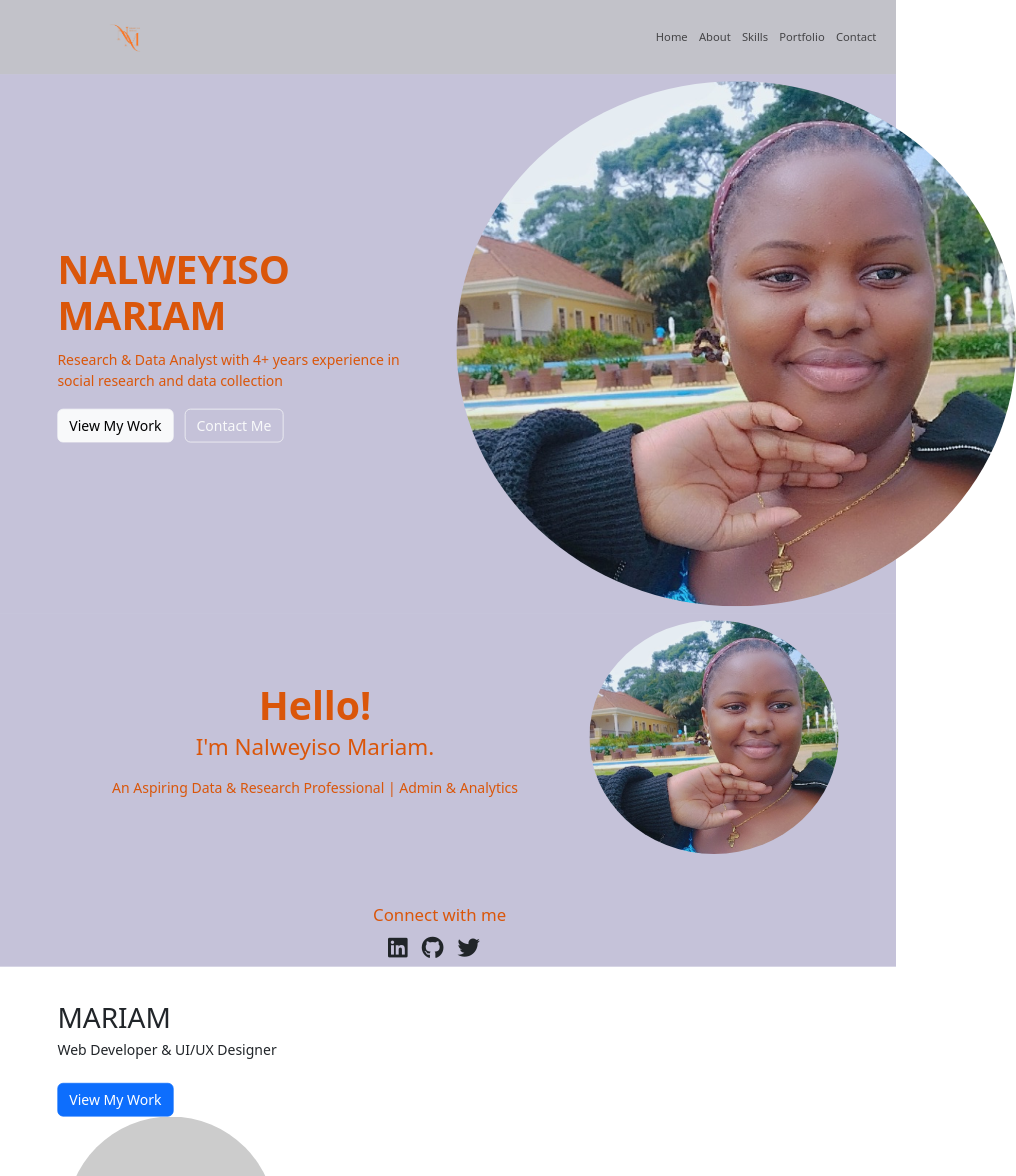
Repository: NalweMari/My-Personal-Portfolio
Page: index.html
The author's editor kept a copy of each file at every save. The page is drawn from the files as they stood at one save, then again after a run of saves.
The browser window is 1280 px wide. The page is 1452 px wide, so the pictures cover 1452 px, including what lies to the right of the window. The pictures show the part of the page from y = 0 to 1680 px (the page is 2247 px tall before and 2622 px after), at 70% of full size.

Above is the page before, as saved 2025-11-28 11:04:23.
Console error (its wording comes from the project's code and is left out).

### index.html
<!DOCTYPE html>
<html lang="en">

<head>
    <meta charset="UTF-8">
    <meta name="viewport" content="width=device-width, initial-scale=1.0">
    <title>My Portfolio</title>
    <link rel="stylesheet" href="style.css">
    <!-- Bootstrap CSS -->
    <link href="https://cdn.jsdelivr.net/npm/bootstrap@5.3.0/dist/css/bootstrap.min.css" rel="stylesheet">
    <!-- Font Awesome for icons -->
    <link rel="stylesheet" href="https://cdnjs.cloudflare.com/ajax/libs/font-awesome/6.4.0/css/all.min.css">

</head>

<body>
    <!-- Navigation -->

    <nav class="navbar navbar-expand-lg navbar-light bg-custom">
        <div class="container me-2">
            <a class="navbar-brand" href="#"><img src="images/Initials_Logo-preview (1).png" alt="Your Logo"
                    height="80"></a> <button class="navbar-toggler" type="button" data- 6 toggle="collapse"
                data-target="#navbarNav" aria-controls="navbarNav" aria-expanded="false" aria-label="Toggle navigation">
                <span class="navbar-toggler-icon"></span> </button>
            <div class="collapse navbar-collapse" id="navbarNav">
                <ul class="navbar-nav ms-auto">
                    <li class="nav-item"><a class="nav-link" href="#home">Home</a></li>
                    <li class="nav-item"><a class="nav-link" href="#about">About</a></li>
                    <li class="nav-item"><a class="nav-link" href="#skills">Skills</a></li>
                    <li class="nav-item"><a class="nav-link" href="#portfolio">Portfolio</a></li>
                    <li class="nav-item"><a class="nav-link" href="#contact">Contact</a></li>
                </ul>
            </div>
        </div>
    </nav>

    <!-- Hero Section -->
    <section id="home" class="hero-section">
        <div class="container">
            <div class="row align-items-center">
                <div class="col-lg-6">
                    <h1 class="display-4 fw-bold mb-3">NALWEYISO MARIAM</h1>
                    <p class="lead mb-4">Research & Data Analyst with 4+ years experience in social research and data collection</p>
                    <div class="d-flex flex-wrap gap-3">
                        <a href="#portfolio" class="btn btn-light btn-lg">View My Work</a>
                        <a href="#contact" class="btn btn-outline-light btn-lg">Contact Me</a>
                    </div>
                </div>
                <div class="col-lg-6 text-center mt-5 mt-lg-0">
                    <img src="images/Profile design.png" class="profile-image rounded-circle" alt="Nalweyiso Mariam">
                </div>
            </div>
        </div>
    </section>

    <!-- Hero Section -->
    <!-- <section id="home" class="hero-section text-center">
        <div class="container">
            <h1 class="display-4 fw-bold">MARIAM</h1>
            <p class="lead">Web Developer & UI/UX Designer</p>
            <a href="#projects" class="btn btn-primary btn-lg mt-3">View My Work</a>
        </div>
    </section> -->
    <section id="home" class="hero-section text-center">
        <div class="container">
            <div class="row align-items-center">
                <div class="col-md-8">
                    <h1 class="display-4 fw-bold">Hello!</h1>
                    <h2 class="mb-4">I'm Nalweyiso Mariam.</h2>
                    <p class="lead">An Aspiring Data & Research Professional | Admin & Analytics</p>
                    <p></p>
                    <!-- <a href="#projects" class="btn btn-primary btn-lg mt-3">View My Work</a>
                    <a href="#" class="btn btn-outline-primary mt-3">Download CV</a> -->
                </div>
                <div class="col-md-4 text-center mb-4">
                    <img src="images/Profile design.png" alt="Profile" class="img-fluid rounded-circle large-profile">
                </div>
                <div class="row mt-5">
                    <div class="col text-center">
                        <h4>Connect with me</h4>
                        <div class="mt-3">
                            <a href="#" class="text-dark me-3"><i class="fab fa-linkedin fa-2x"></i></a>
                            <a href="#" class="text-dark me-3"><i class="fab fa-github fa-2x"></i></a>
                            <a href="#" class="text-dark me-3"><i class="fab fa-twitter fa-2x"></i></a>
                        </div>
                    </div>
                </div>
    </section>
    <!-- About Section -->

    <section id="about" class="py-5">
        <div class="container">
            <h1 class="">MARIAM</h1>
            <p class="lead">Web Developer & UI/UX Designer</p>
            <a href="#projects" class="btn btn-primary btn-lg mt-3">View My Work</a>
            <section id="about" class="">
                <div class="container">
                    <div class="row align-items-center">
                        <div class="display-4 fw-bold">
                            <img src="https://via.placeholder.com/300" alt="Profile" class="img-fluid rounded-circle">
                        </div>
                        <div class="col-md-8">
                            <h2 class="mb-4">About Me</h2>
                            <p class="lead">I'm a research /data analyst with of 4 years
                                experience in social research, qualitative and quantitative data collection.</p>
                            <p>I'm currently developing strong analytical capacity with practical learning in Excel,
                                SQL,
                                Python,
                                and data visualization. Skilled in documentation, scheduling, planning, teamwork, and
                                report
                                drafting, with additional beginner-level exposure to web development. I'm always eager
                                to learn
                                new technologies and take on challenging projects.</p>
                            <a href="#" class="btn btn-outline-primary mt-3">Download CV</a>
                        </div>
                    </div>
                </div>
            </section>
            <script src="https://stackpath.bootstrapcdn.com/bootstrap/4.5.2/js/bootstrap.min.js"></script>
</body>

</html>

### Style.css
.bg-custom {
  background-color: rgba(3, 0, 31, 0.24);
}

.hero-section {
  background-color: rgba(13, 3, 99, 0.24);
  color:  rgb(218, 86, 10);
     /* color: white; */
  padding: 10px 0;
}
.large-profile {
    width: 400px;
    height: 400px;
    object-fit: cover;
}
/* .skill-bar {
  height: 20px;
  background-color: #e9ecef;
  border-radius: 5px;
  margin-bottom: 15px;
}
.skill-progress {
  height: 100%;
  border-radius: 5px;
  background-color: #0d6efd;
}
.project-card {
  transition: transform 0.3s;
}
.project-card:hover {
  transform: translateY(-5px);
} */

After the next 2 saves:
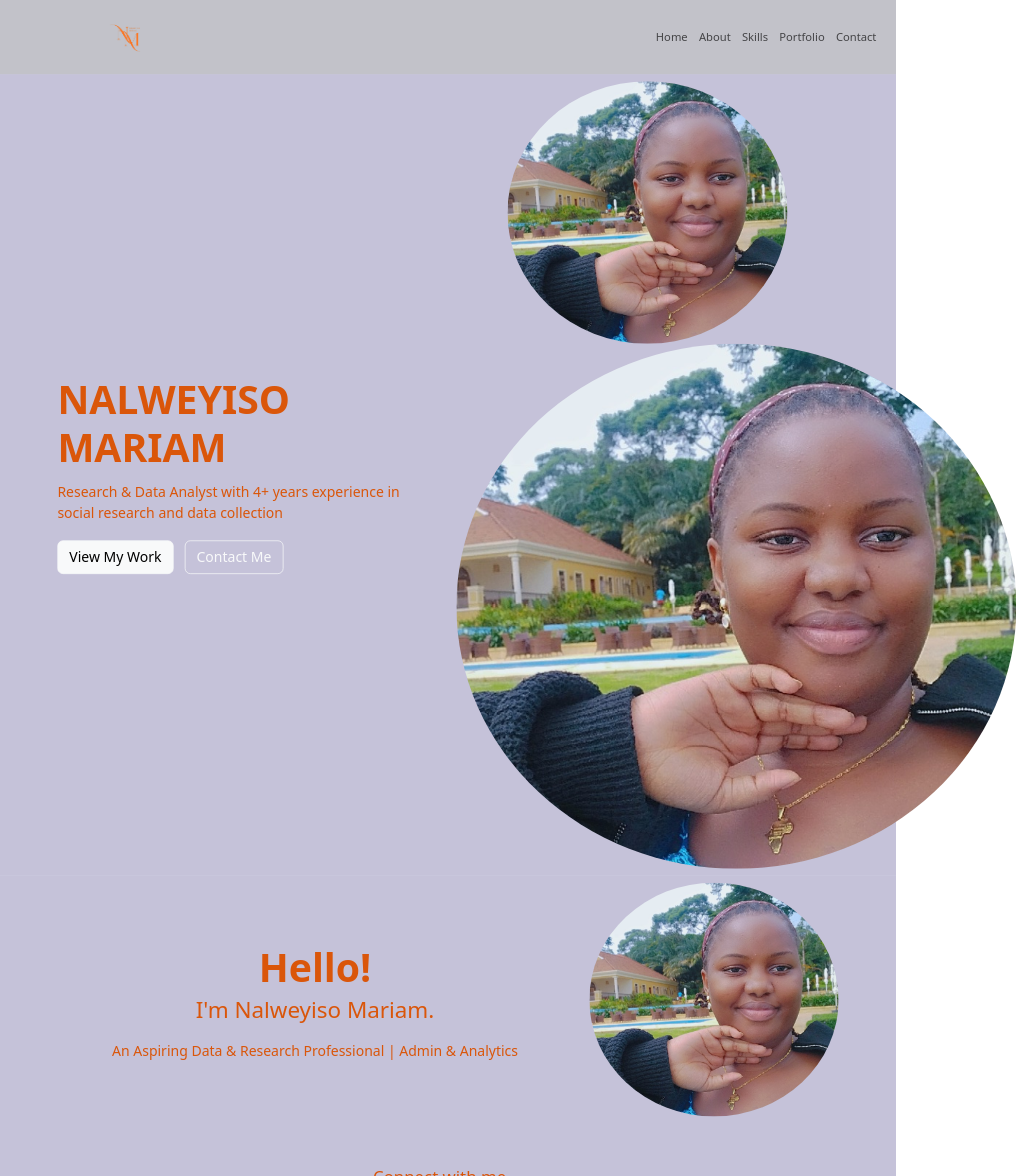
The 2 saves are shown as one change because they came seconds apart.
The last was saved 12 min 16 s later.
--- a/index.html
+++ b/index.html
@@ -47,6 +47,7 @@
                     </div>
                 </div>
                 <div class="col-lg-6 text-center mt-5 mt-lg-0">
+                    <img src="images/Profile design.png" alt="Profile" class="img-fluid rounded-circle large-profile">
                     <img src="images/Profile design.png" class="profile-image rounded-circle" alt="Nalweyiso Mariam">
                 </div>
             </div>
